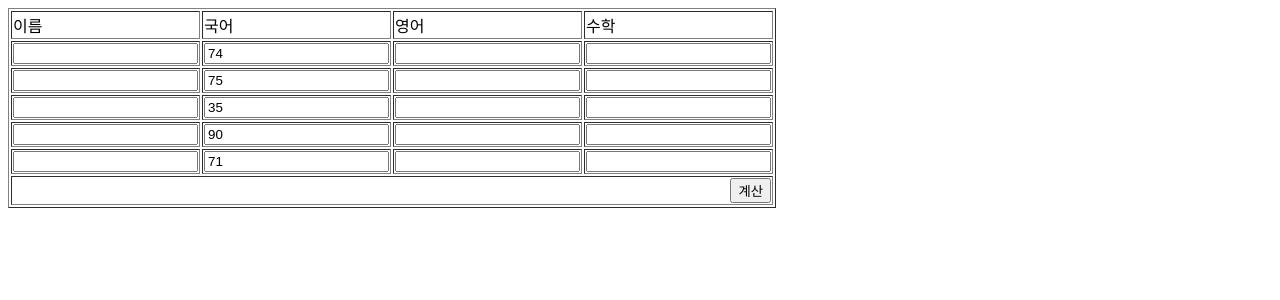
Repository: pshho/newJspProject
Page: http://localhost/JspProj/calc/student.jsp
These files come from the project's save history. The page is drawn as it stood at one moment and after the next save; the edit follows.
The browser window is 1280 px wide. The pictures show the whole page.
The page is served by Tomcat 9.

Above is the page before, as saved 2023-07-27 08:36:04.

After the next save:
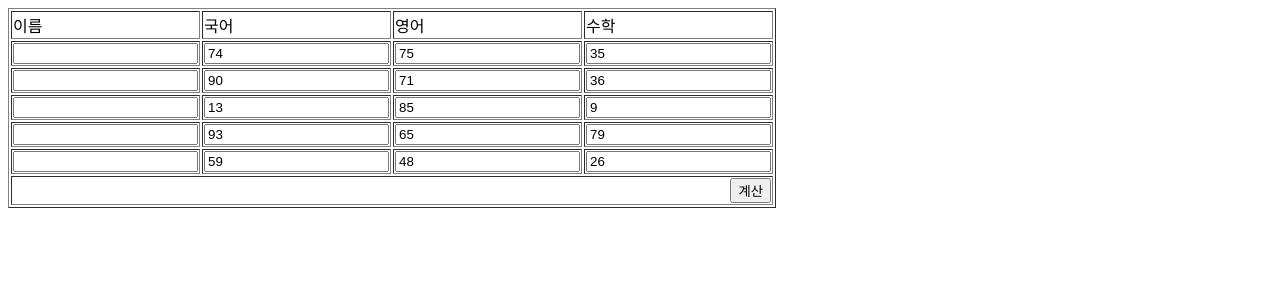
Saved 28 s later.
--- a/JspProj/src/main/webapp/calc/student.jsp
+++ b/JspProj/src/main/webapp/calc/student.jsp
@@ -21,9 +21,9 @@
 				%>
 				<tr>
 					<td><input type="text" name="std" /></td>
-					<td><input type="text" name="kor" value="<%= (int)(Math.random()*100)+1 %>"/></td>
-					<td><input type="text" name="eng" /></td>
-					<td><input type="text" name="math" /></td>
+					<td><input type="text" name="kor" value="<%= (int)(Math.random()*100)+1 %>" /></td>
+					<td><input type="text" name="eng" value="<%= (int)(Math.random()*100)+1 %>" /></td>
+					<td><input type="text" name="math" value="<%= (int)(Math.random()*100)+1 %>" /></td>
 				</tr>
 				<% } %>
 				<tr>
